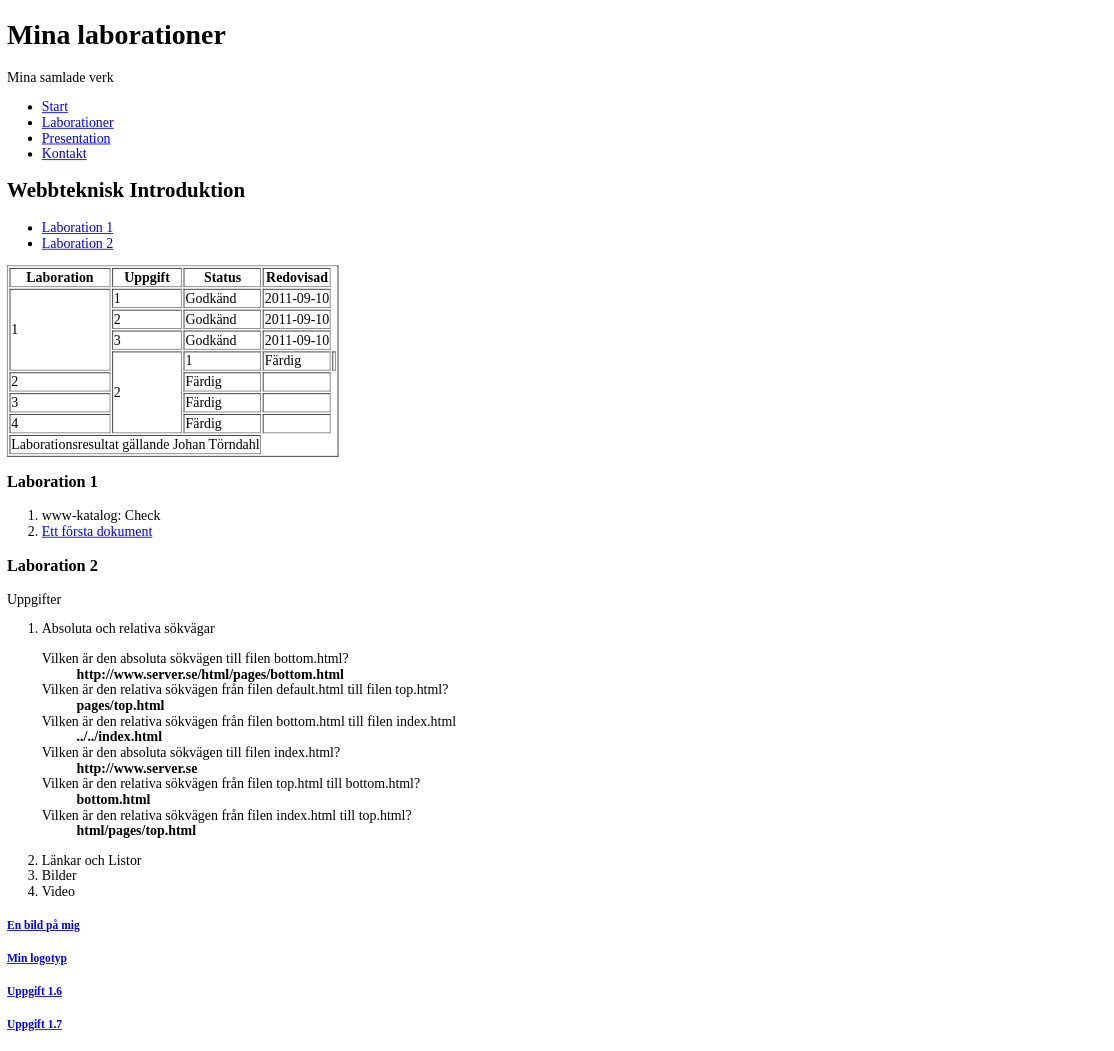
Repository: jt222ia/1ik415-jt222ia-laborationer
Page: pages/laborationer.html
The author's editor kept a record of every edit. The page is drawn from the files as they stood at one moment, then again after the next edit.
The browser window is 1280 px wide. The pictures show the whole page, at 87% of full size.

Above is the page before.

After the next edit:
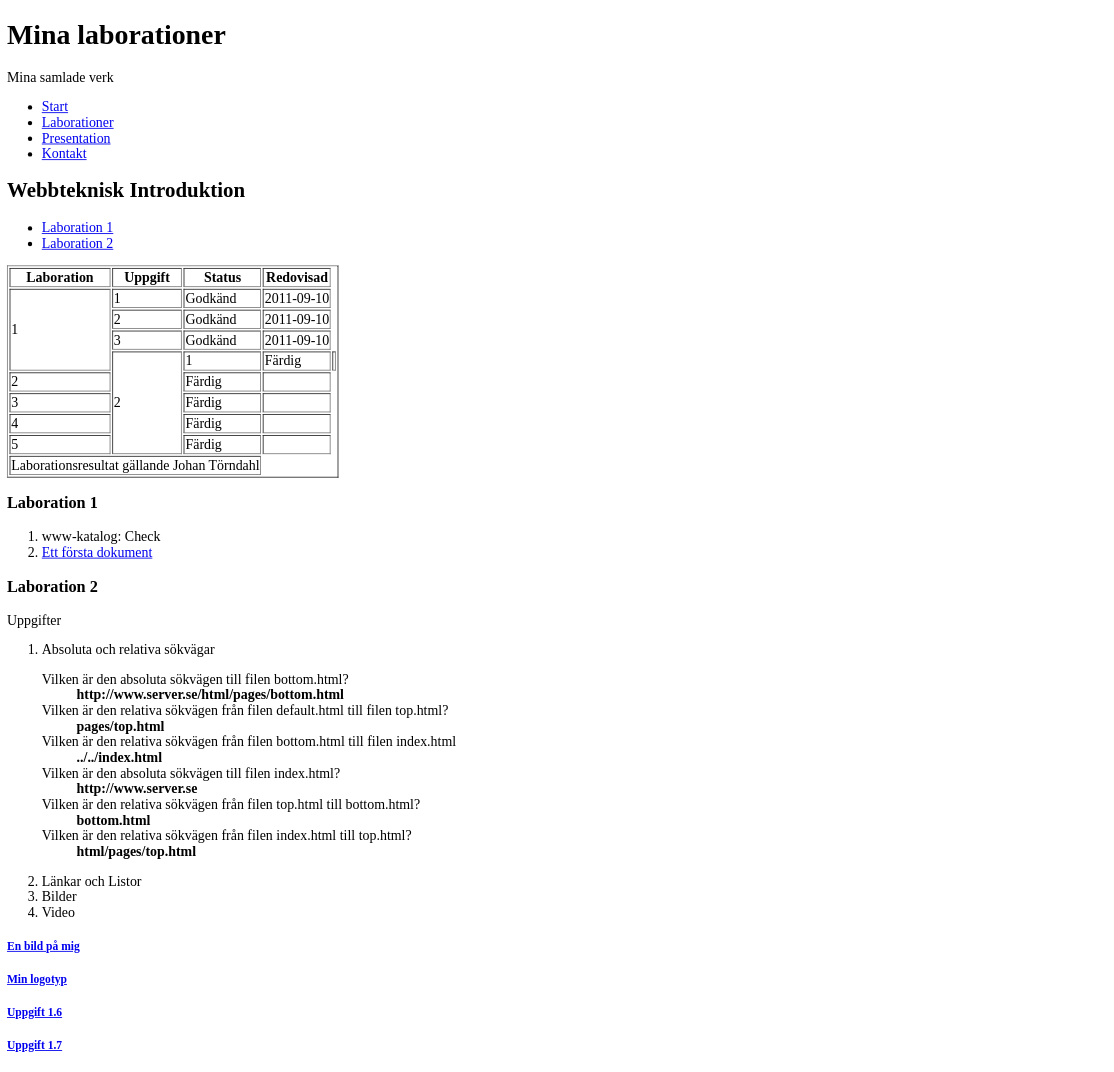
The edit:
--- a/pages/laborationer.html
+++ b/pages/laborationer.html
@@ -75,6 +75,11 @@
                     <td>Färdig</td>
                     <td></td>
                 </tr>
+                 <tr>
+                    <td>5</td>
+                    <td>Färdig</td>
+                    <td></td>
+                </tr>
             </tbody>
         </table>
 
